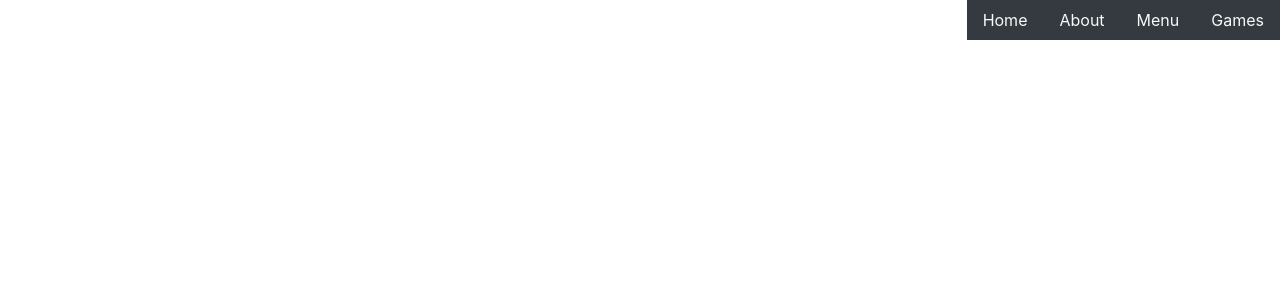
Repository: Code-Institute-Submissions/eleanorpro-milestoneproject1
Page: index.html
The author's editor kept a record of every edit. The page is drawn from the files as they stood at one moment, then again after the next edit.
The browser window is 1280 px wide. The pictures show the whole page.

Above is the page before.

### index.html
<!DOCTYPE html>
<html lang="en">

<head>
    <meta charset="UTF-8">
    <meta name="viewport" content="width=device-width, initial-scale=1.0 shrink-to-fit=no">
    <meta http-equiv="X-UA-Compatible" content="ie=edge">
    <link rel="stylesheet" href="https://stackpath.bootstrapcdn.com/bootstrap/4.3.1/css/bootstrap.min.css" integrity="sha384-ggOyR0iXCbMQv3Xipma34MD+dH/1fQ784/j6cY/iJTQUOhcWr7x9JvoRxT2MZw1T" crossorigin="anonymous">
    <link rel="stylesheet" href="css/style.css" type="text/css" />
    <title>The Dice People</title>
</head>

<body>
    <header>
        <nav>
            <ul class="nav justify-content-end">
                <li class="nav-item">
                    <a class="nav-link active text-light bg-dark" href="index.html">Home</a>
                </li>
                <li class="nav-item">
                    <a class="nav-link text-light bg-dark" href="#">About</a>
                </li>
                <li class="nav-item">
                    <a class="nav-link text-light bg-dark" href="#">Menu</a>
                </li>
                <li class="nav-item">
                    <a class="nav-link text-light bg-dark" href="#">Games</a>
                </li>
            </ul>
        </nav>
    </header>
    <section>

    </section>
    <footer>

    </footer>
</body>

</html>

### css/style.css
/*--------------------------------------Colours */



/*--------------------------------------Navigation */

nav {
    width: 100%;
}

.welcome-img {
    width: 100%;
    height 75%;
}

After the next edit:
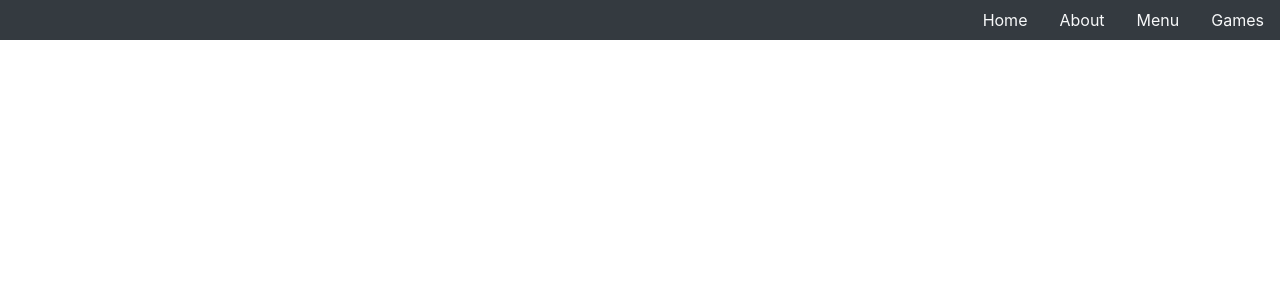
The edit:
--- a/index.html
+++ b/index.html
@@ -12,7 +12,7 @@
 
 <body>
     <header>
-        <nav>
+        <nav class="bg-dark">
             <ul class="nav justify-content-end">
                 <li class="nav-item">
                     <a class="nav-link active text-light bg-dark" href="index.html">Home</a>
